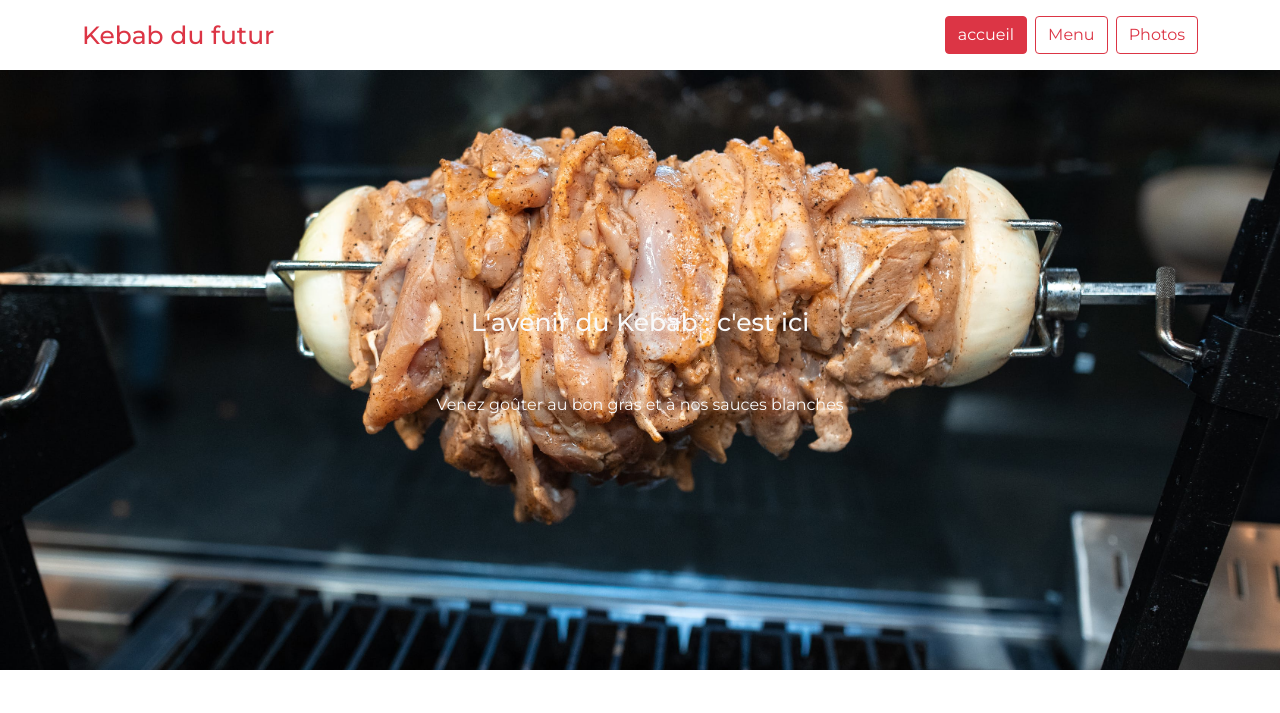
Repository: phbord/THP-js-exercices-manipulation-DOM
Page: index.html
These files come from the project's save history. The page is drawn as it stood at one moment and after the next save; the edit follows.
The browser window is 1280 px wide. The pictures show the whole page.

Above is the page before, as saved 2021-07-19 11:19:18.

After the next save:
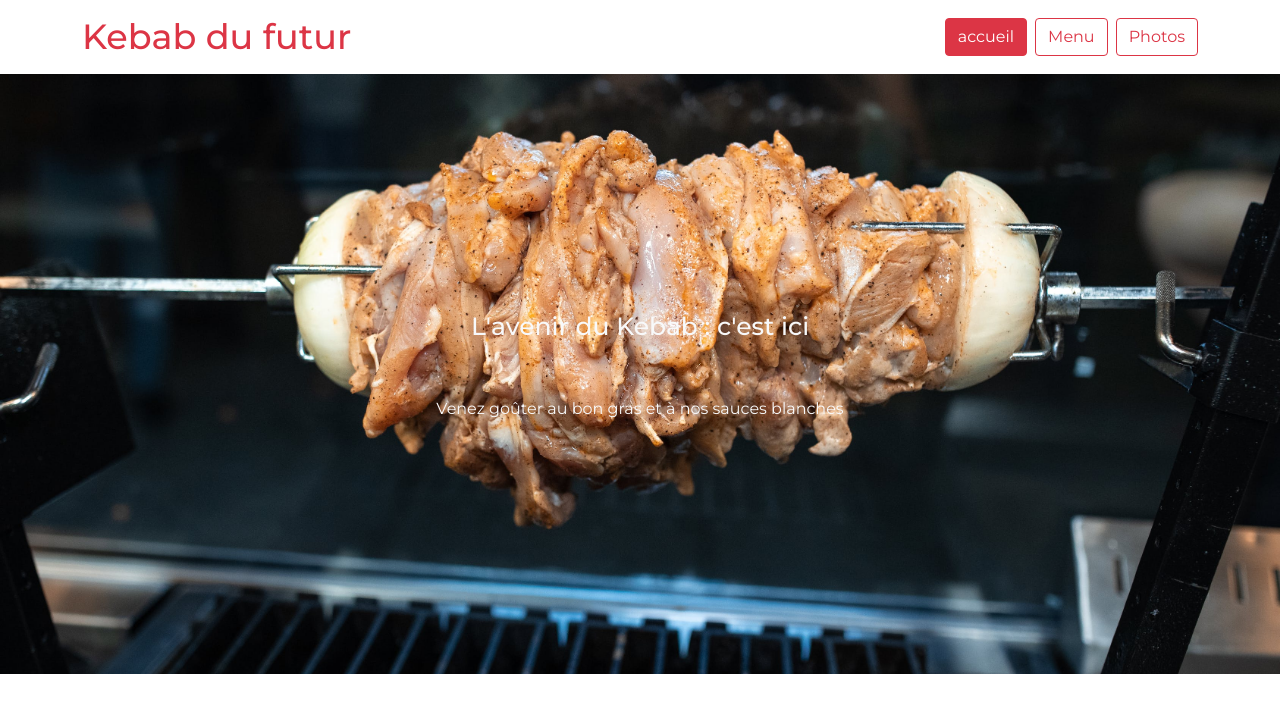
Saved 12 s later.
--- a/styles/main.css
+++ b/styles/main.css
@@ -11,7 +11,7 @@ ul,li {
 }
 
 header h1 {
-    font-size: 25px;
+    font-size: 35px;
 }
 header h1 {
     margin: 0;
